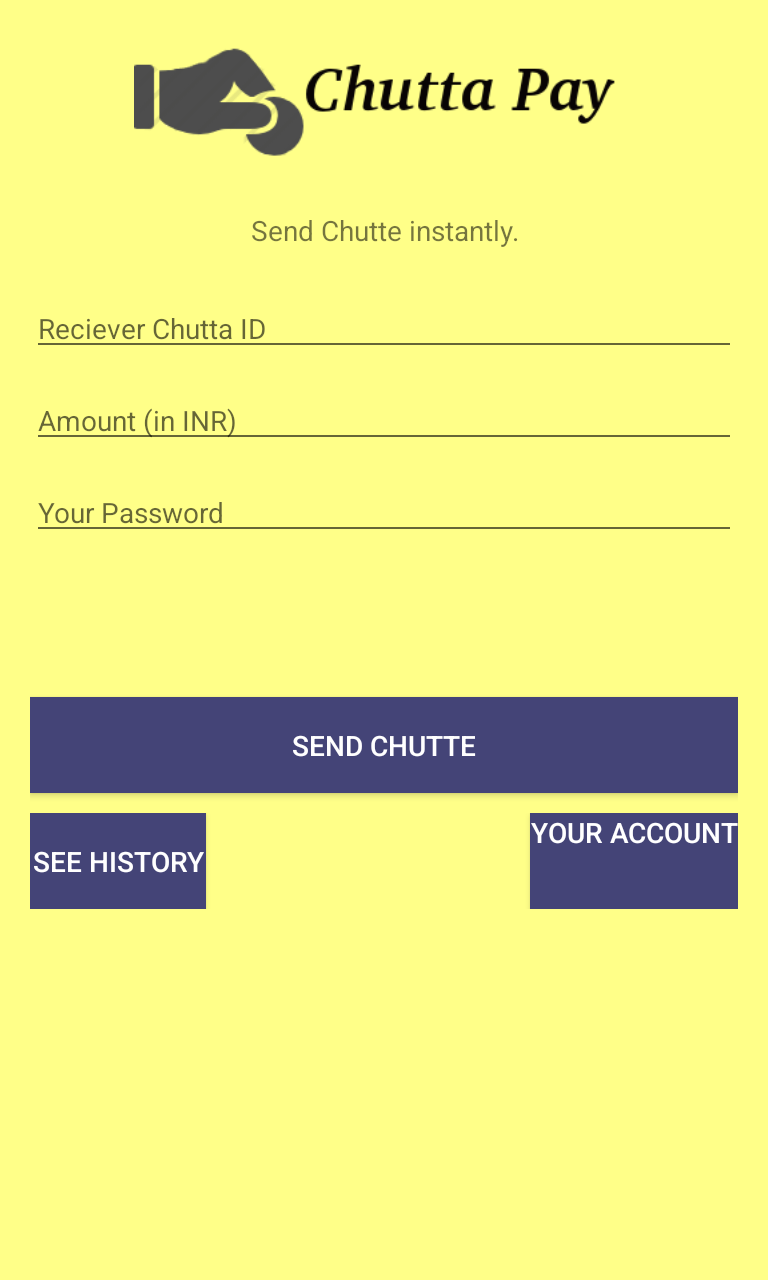
Repository: pankajksharma/chutta-pay
Layout: ChuttaPay/res/layout/payment.xml
The author's editor kept a copy of each file at every save. The layout is drawn from the files as they stood at one save, then again after the next save.
It is drawn on a 768 x 1280 px phone screen (xhdpi) without system bars, with theme AppTheme; the app's code is not run. The app's manifest (not shown) leaves right-to-left support off. So textAlignment, textDirection and layoutDirection are ignored, and left and right values win over start and end ones.

Above is the layout before, as saved 2014-04-26 16:01:51.

After the next save:
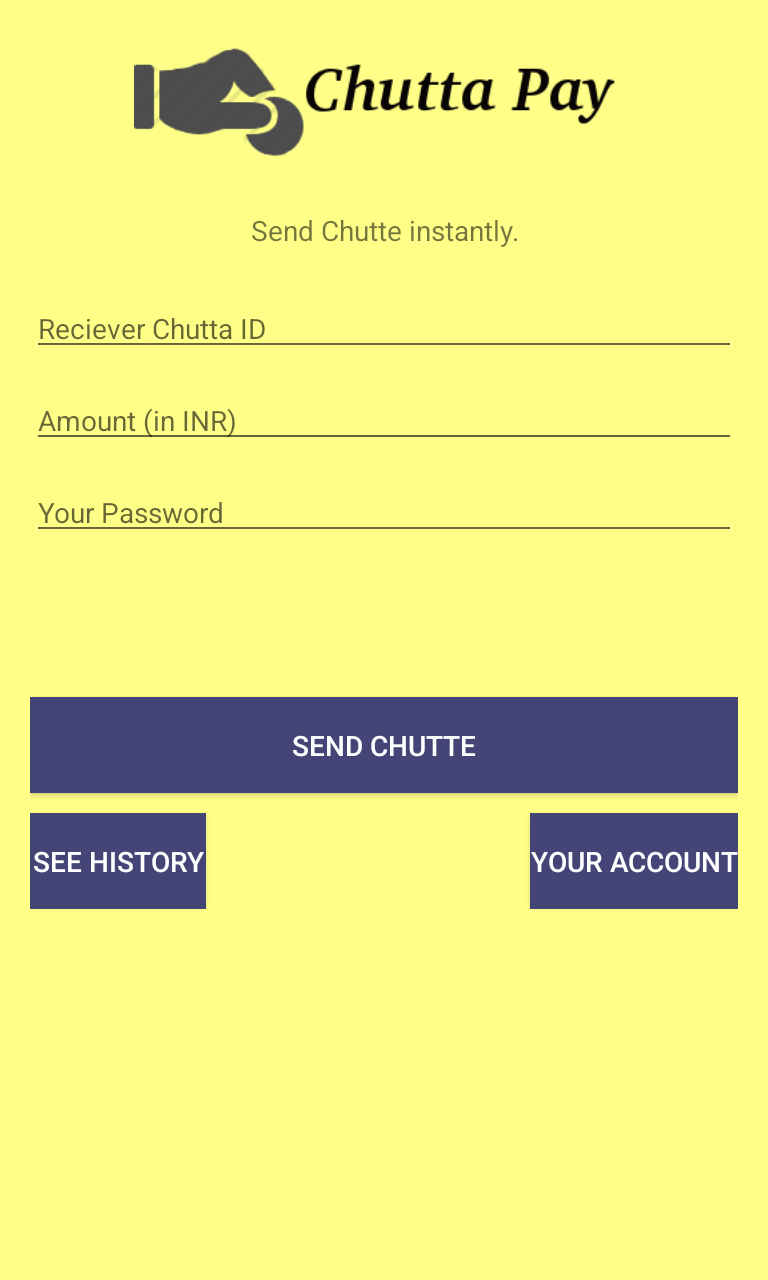
Saved 15 s later.
--- a/ChuttaPay/res/layout/payment.xml
+++ b/ChuttaPay/res/layout/payment.xml
@@ -93,13 +93,11 @@
 
           <Button
 	        android:id="@+id/btn_account"
-	        android:gravity="right"
 	        android:layout_width="wrap_content"
 	        android:layout_height="wrap_content"
 	        android:layout_alignParentRight="true"
 	        android:background="#444477"
 	        android:text="Your Account"
-	        android:textAlignment="center"
 	        android:textColor="#ffffff" />
 
     </RelativeLayout>
